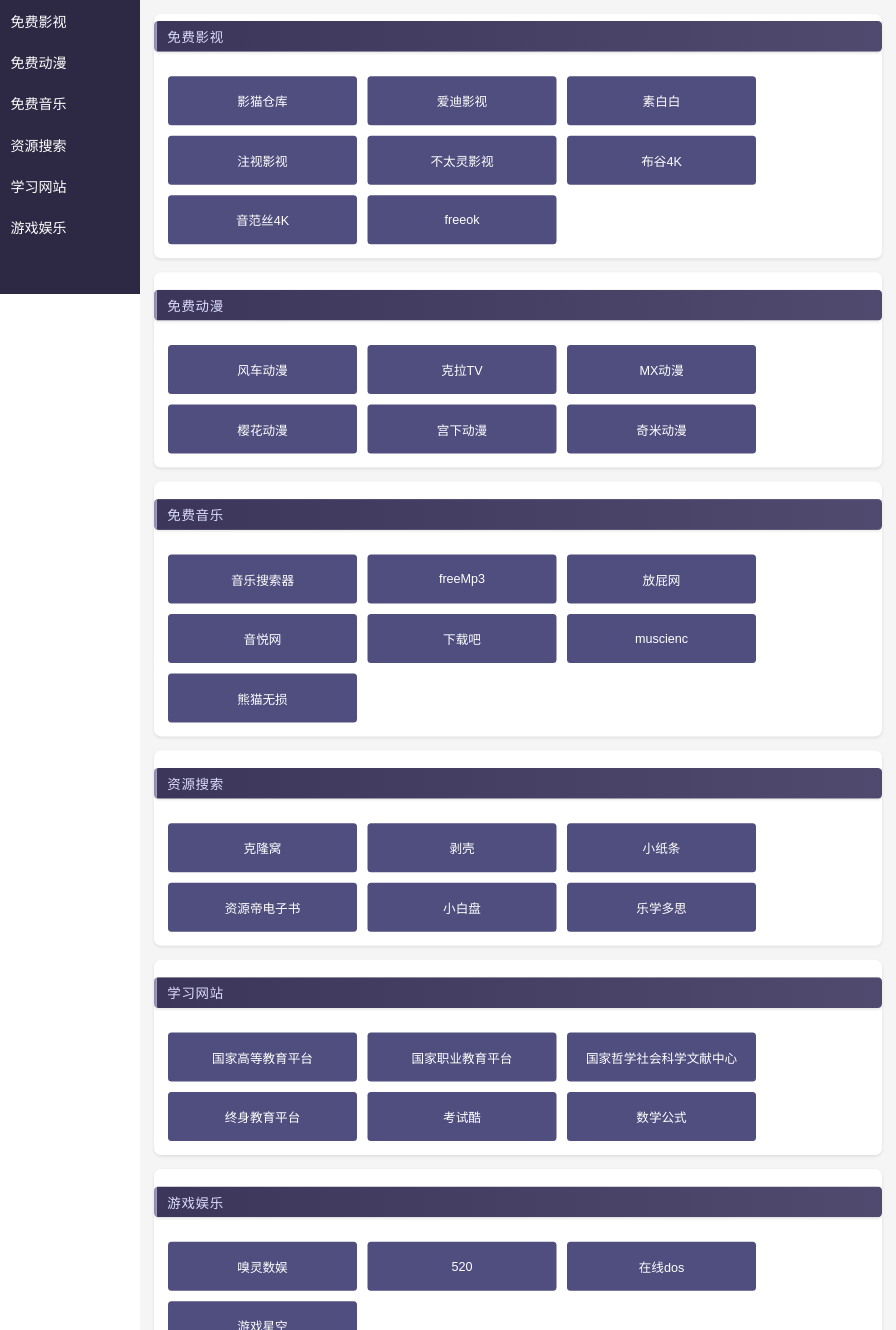
Repository: D-cocoa/D-cocoa.github.io
Page: index.html
The author's editor kept a copy of each file at every save. The page is drawn from the files as they stood at one save, then again after the next save.
The browser window is 1280 px wide. The pictures show the part of the page from y = 300 to 2200 px (the page is 2289 px tall), at 70% of full size.

Above is the page before, as saved 2025-02-05 15:10:22.

After the next save:
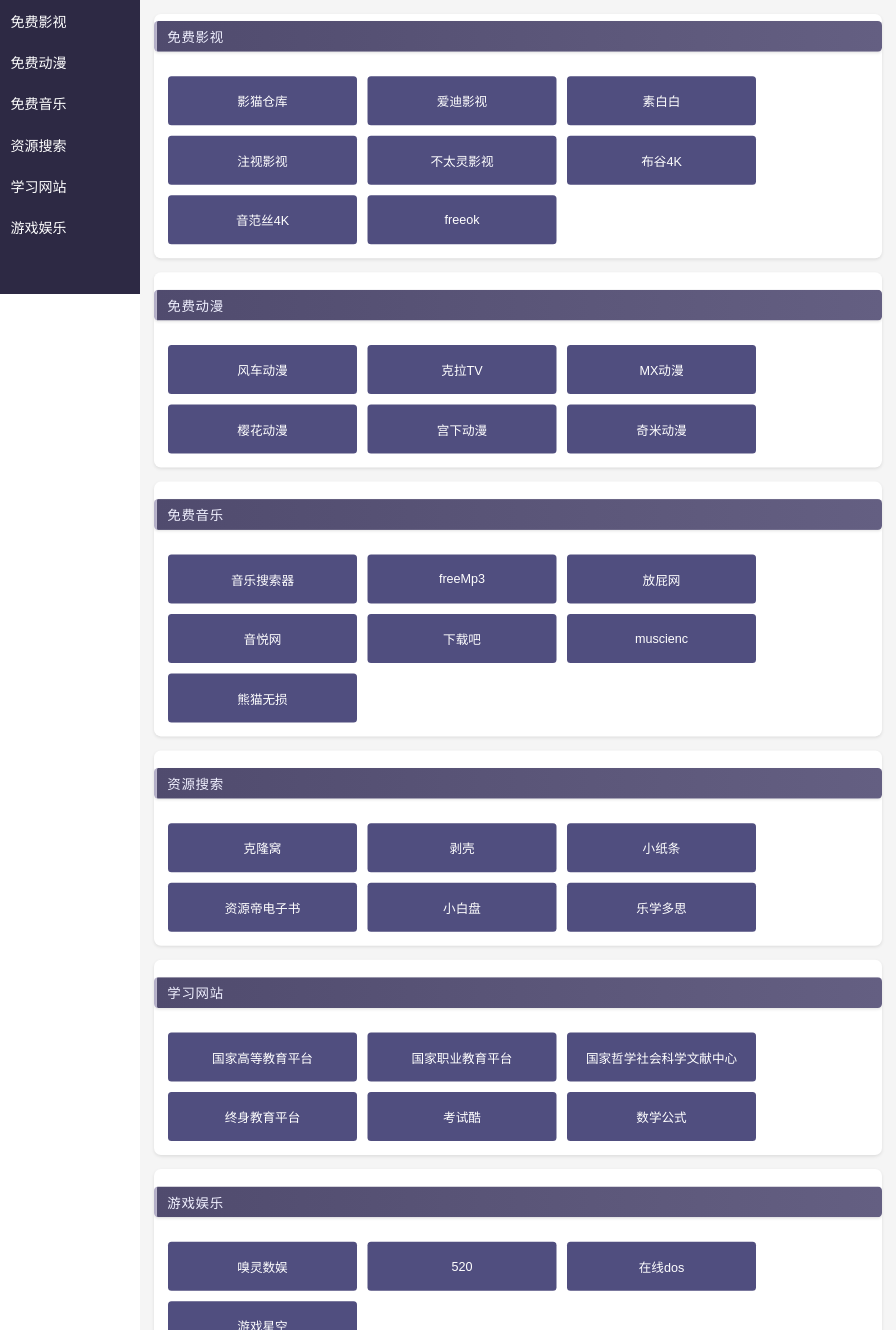
Saved 3 min 4 s later.
--- a/index.html
+++ b/index.html
@@ -197,13 +197,13 @@
         /* 优化分类标题样式 */
         .section-title {
             font-size: 1.2em;
-            color: rgb(220, 220, 255);  /* 更亮的文字颜色 */
+            color: rgb(240, 240, 255);  /* 更亮的文字颜色 */
             margin: 25px 0 15px 0;      /* 调整间距 */
             padding: 8px 15px;          /* 增加内边距 */
-            background: linear-gradient(to right, rgb(60, 55, 90), rgb(80, 75, 110));  /* 渐变背景 */
+            background: linear-gradient(to right, rgb(80, 75, 110), rgb(100, 95, 130));  /* 渐变背景，颜色更柔和 */
             border-radius: 6px;         /* 圆角 */
             box-shadow: 0 2px 4px rgba(0, 0, 0, 0.1);  /* 轻微阴影 */
-            border-left: 4px solid rgb(147, 142, 177);  /* 左侧边框 */
+            border-left: 4px solid rgb(180, 175, 200);  /* 更柔和的左侧边框 */
             letter-spacing: 1px;        /* 字间距 */
         }
 
@@ -214,7 +214,7 @@
 
         /* 悬浮效果 */
         .section-title:hover {
-            background: linear-gradient(to right, rgb(65, 60, 95), rgb(85, 80, 115));
+            background: linear-gradient(to right, rgb(90, 85, 120), rgb(110, 105, 140));  /* 悬浮时的渐变背景 */
             transform: translateX(5px);  /* 轻微位移 */
             transition: all 0.3s ease;   /* 平滑过渡 */
         }
